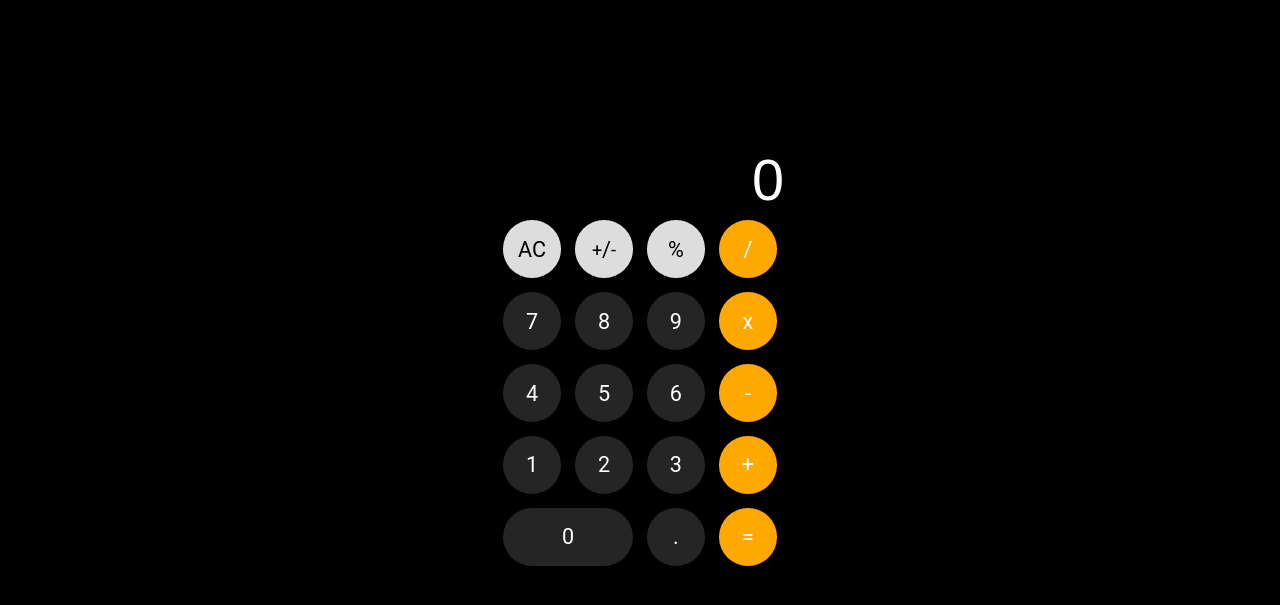
Repository: bombiux/calculadoraJS
Page: index.html
These files come from the project's save history. The page is drawn as it stood at one moment and after the next save; the edit follows.
The browser window is 1280 px wide. The pictures show the whole page.

Above is the page before, as saved 2020-08-08 20:03:58.

### index.html
<!DOCTYPE html>
<html lang="en">
<head>
    <meta charset="UTF-8">
    <meta name="viewport" content="width=device-width, initial-scale=1.0">
    <title>Document</title>
    <link rel="stylesheet" href="style.css">
</head>
<body>
    <div class="calculator">
        <input type="number" name="screen" id="screen" value="0">
        <div>
            <div class="special">AC</div>
            <div class="special"><sup>+</sup>/<sub>-</sub></div>
            <div class="special">%</div>
            <div class="operator">/</div>
        </div>
        <div>
            <div class="numbers">7</div>
            <div class="numbers">8</div>
            <div class="numbers">9</div>
            <div class="operator">x</div>
        </div>
        <div>
            <div class="numbers">4</div>
            <div class="numbers">5</div>
            <div class="numbers">6</div>
            <div class="operator">-</div>
        </div>
        <div>
            <div class="numbers">1</div>
            <div class="numbers">2</div>
            <div class="numbers">3</div>
            <div class="operator">+</div>
        </div>
        <div>
            <div class="numbers cero">0</div>
            <div class="numbers">.</div>
            <div class="operator">=</div>
        </div>
    </div>
    <script src="app.js"></script>
</body>
</html>

### style.css
::selection {
    background: transparent;
    color: unset;
}

body {
    background: black;
    height: 100vh;
    width: 100vw;
    margin: 0;
    padding: 0;
    display: flex;
    justify-content: center;
    align-items: center;
    font-family: roboto;
    font-size: 3vh;
}

.calculator {
    display: flex;
    flex-direction: column;
}

.calculator > div {
    display: flex;
}

.calculator > div > div {
    width: 8vh;
    height: 8vh;
    border-radius: 50%;
    justify-content: center;
    align-items: center;
    display: flex;
    margin: 1vh;
}

.calculator > div > .cero {
    width: 18vh;
    border-radius: 40px;
}

.special {
    background-color: rgb(221, 221, 221)
}

.numbers {
    background-color: rgb(37, 37, 37);
    color: white;
}

.operator {
    background: #ffa800;
    color: white;
}

#screen {
    background: unset;
    border: unset;
    color: white;
    font-size: 8vh;
    width: calc((8vh * 4) + (1vh * 8));
    text-align: right;
    padding: 0;
}

input[type=number]::-webkit-inner-spin-button,
input[type=number]::-webkit-outer-spin-button {
    appearance: none;
}

### app.js
"use strict";

class app {
    constructor() {
        this.screen = document.getElementById('screen');
        this.screenValue = 0;

        this.currentNum;
        this.newNum;
        this.operator;

        this.addEventListeners();
    }

    addEventListeners() {
        document.addEventListener("click", (e) => {
            if (e.target.closest(".numbers")) {
                this.updateScreen(e.target);
            } else if (e.target.closest(".operator")) {
                this.operate(e.target);
            }
        });
    }

    operate(operator) {
        this.updateCurrentNum();
        this.updateOperator(operator);
    }

    updateCurrentNum() {
        this.currentNum = this.getScreenValue();
    }

    updateOperator(operator) {
        this.operator = operator.innerHTML;
    }

    getScreenValue() {
        return document.getElementById('screen').value;
    }

    updateScreen(number) {
        this.updateScreenValue();
        console.log(this.screenValue);
        if (this.screenValue == 0) {
            this.screen.value = number.innerHTML;
        } else if( this.screenValue.length < 9) {
            this.screen.value = this.screenValue + number.innerHTML;
        } else {
            return
        }
    }

    updateScreenValue() {
        this.screenValue = this.getScreenValue();
    }
}

new app();

After the next save:
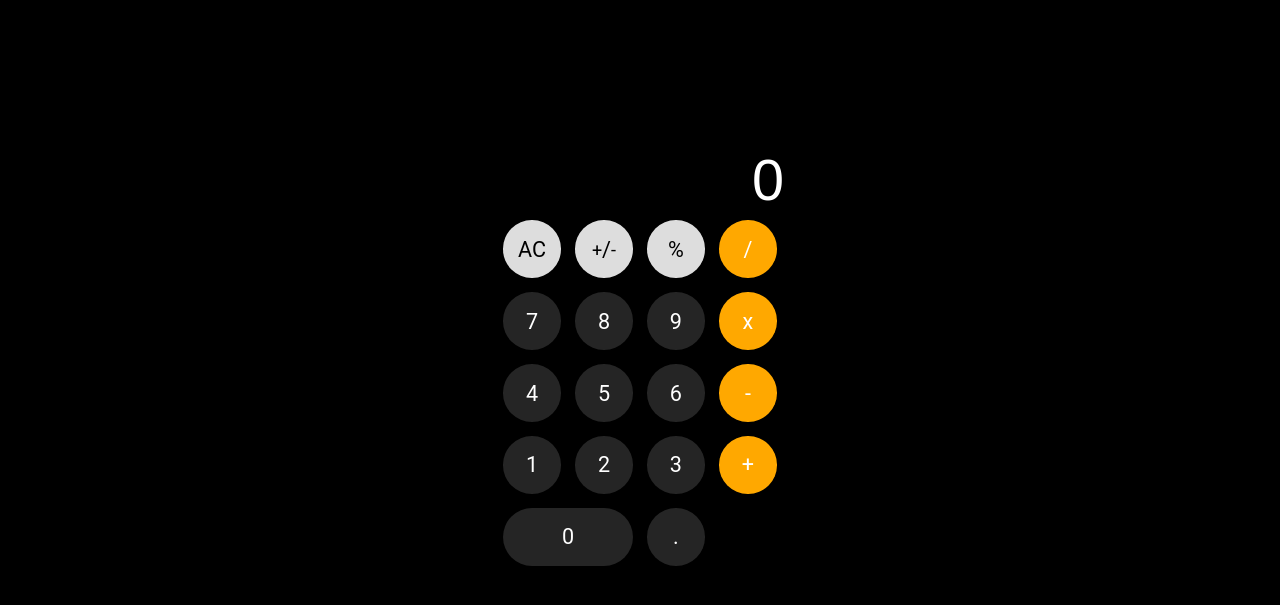
Saved 54 s later.
--- a/index.html
+++ b/index.html
@@ -36,7 +36,7 @@
         <div>
             <div class="numbers cero">0</div>
             <div class="numbers">.</div>
-            <div class="operator">=</div>
+            <div class="equals">=</div>
         </div>
     </div>
     <script src="app.js"></script>

After the save that followed:
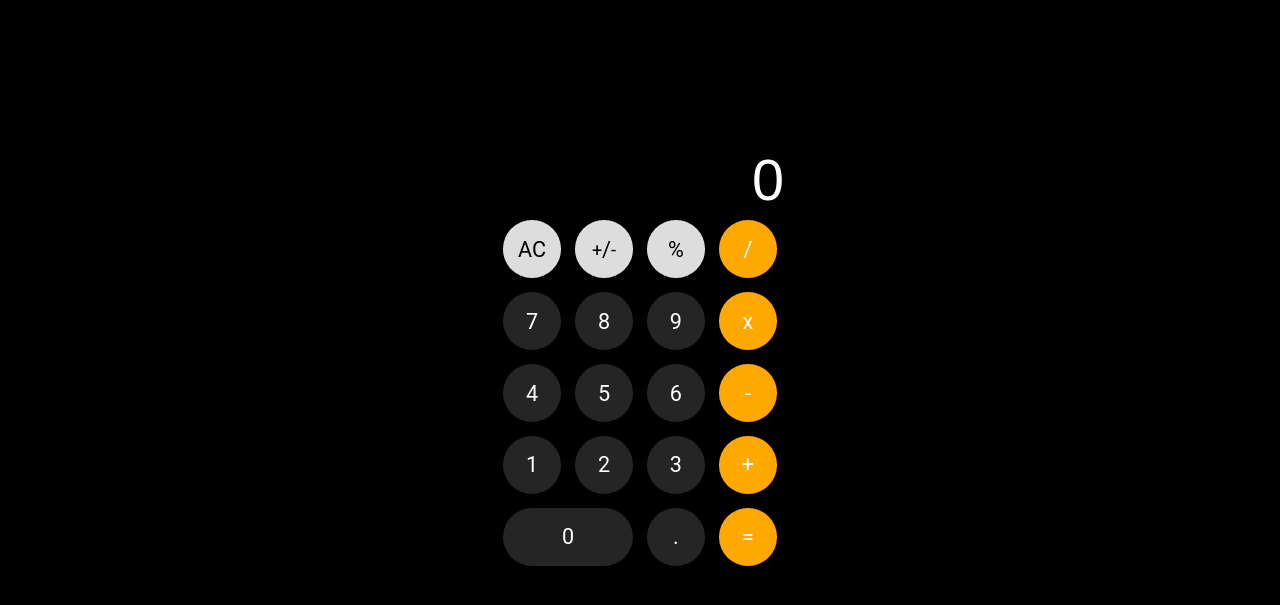
Saved 19 s later.
--- a/style.css
+++ b/style.css
@@ -49,7 +49,7 @@ body {
     color: white;
 }
 
-.operator {
+.operator, .equals {
     background: #ffa800;
     color: white;
 }
